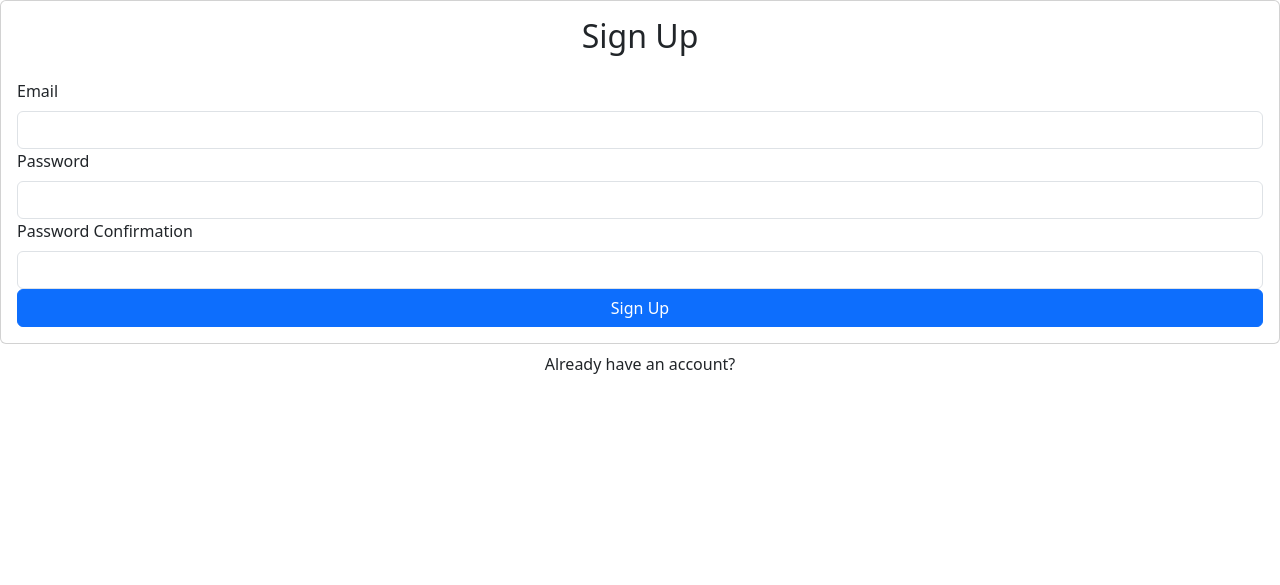
Repository: korybecker/sound-share-app
Page: /signup (app in sound-share/)
An editor plug-in stored every save of this project. The page is shown before and after the next save, followed by the edit.
The browser window is 1280 px wide. The pictures show the whole page.
The project was rebuilt for these pictures with package versions that can differ from the ones it lists, and the page was loaded fresh each time.

Above is the page before, as saved 2022-04-04 22:08:23.

### sound-share/src/index.js
import React from "react";
import ReactDOMClient from "react-dom/client";
import App from "./components/App";
import "bootstrap/dist/css/bootstrap.min.css";

const container = document.getElementById("root");

const root = ReactDOMClient.createRoot(container);

root.render(
  <React.StrictMode>
    <App />
  </React.StrictMode>
);

### sound-share/src/components/App.js
import { BrowserRouter as Router, Routes, Route } from "react-router-dom";
import Signup from "./Signup";

function App() {
  return (
    <>
      <Signup />
    </>
  );
}

export default App;

### sound-share/src/components/Signup.js
import { Form, Button, Card } from "react-bootstrap";
import { Link } from "react-router-dom";
import { useRef } from "react";

const Signup = () => {
  const emailRef = useRef();
  const passwordRef = useRef();
  const passwordConfirmRef = useRef();

  return (
    <>
      <Card>
        <Card.Body>
          <h2 className="text-center mb-4">Sign Up</h2>
          <Form>
            <Form.Group id="email">
              <Form.Label>Email</Form.Label>
              <Form.Control type="email" ref={emailRef} required />
            </Form.Group>
            <Form.Group id="password">
              <Form.Label>Password</Form.Label>
              <Form.Control type="password" ref={passwordRef} required />
            </Form.Group>
            <Form.Group id="password-confirm">
              <Form.Label>Password Confirmation</Form.Label>
              <Form.Control type="password" ref={passwordConfirmRef} required />
            </Form.Group>
            <Button className="w-100" type="submit">
              Sign Up
            </Button>
          </Form>
        </Card.Body>
      </Card>
      <div className="w-100 text-center mt-2">Already have an account?</div>
    </>
  );
};

export default Signup;

Loaded but not shown: sound-share/public/index.html (common file)

After the next save:
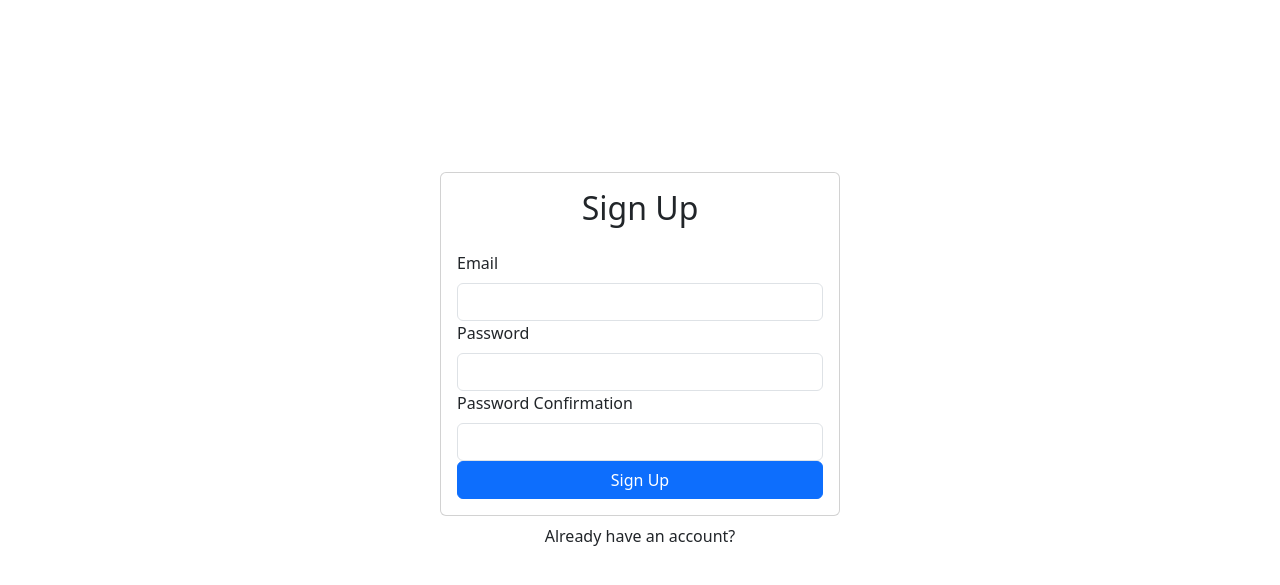
Saved 2 min 10 s later.
--- a/sound-share/src/components/App.js
+++ b/sound-share/src/components/App.js
@@ -1,10 +1,18 @@
 import { BrowserRouter as Router, Routes, Route } from "react-router-dom";
 import Signup from "./Signup";
+import { Container } from "react-bootstrap";
 
 function App() {
   return (
     <>
-      <Signup />
+      <Container
+        className="d-flex align-items-center justify-content-center"
+        style={{ minHeight: "100vh" }}
+      >
+        <div className="w-100" style={{ maxWidth: "400px" }}>
+          <Signup />
+        </div>
+      </Container>
     </>
   );
 }
